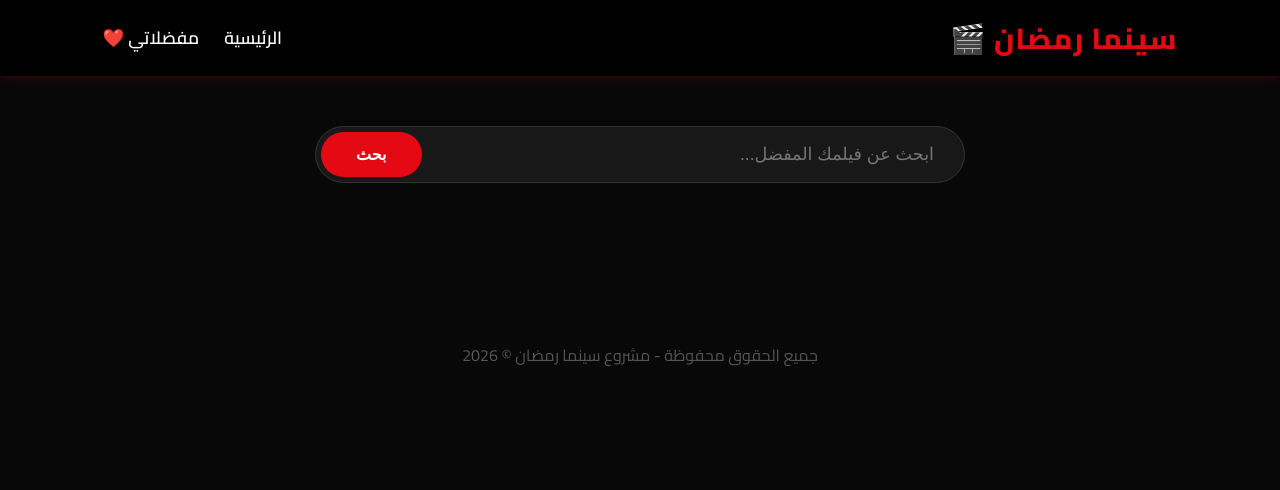
Repository: RAMADAN975/Arabic-Science-Hub
Page: /
An editor plug-in stored every save of this project. The page is shown before and after the next save, followed by the edit.
The browser window is 1280 px wide. The pictures show the whole page.
The project was rebuilt for these pictures with package versions that can differ from the ones it lists, and the page was loaded fresh each time. Also part of the build but not shown: vite.config.js, src/components/MovieCard.jsx, src/components/Pages/Watchlist.jsx, src/components/Pages/MovieDetails.jsx.

Above is the page before, as saved 2026-03-16 22:55:09.

### src/App.jsx
import React from "react";
import './App.css'
import { RouterProvider } from "react-router-dom";
import router from "../router";

// The main application component
export default function App() {
  return (
    // We return the RouterProvider which handles all the navigation
    <RouterProvider router={router} />
  )
}

### src/App.css
/* 1. إعدادات الخطوط والمتغيرات العامة */
@import url('https://fonts.googleapis.com/css2?family=Cairo:wght@400;600;800&display=swap');

:root {
  --primary: #e50914;
  /* أحمر نيتفليكس */
  --bg-black: #080808;
  /* خلفية سوداء عميقة */
  --bg-card: #181818;
  /* خلفية البطاقات */
  --text-white: #ffffff;
  --text-gray: #b3b3b3;
  --transition: 0.3s ease;
}

* {
  box-sizing: border-box;
}

body {
  margin: 0;
  padding: 0;
  background-color: var(--bg-black);
  color: var(--text-white);
  font-family: 'Cairo', sans-serif;
  direction: rtl;
  /* اتجاه عربي */
  line-height: 1.6;
}

/* 2. تنسيق شريط التنقل (Navbar) */
.navbar {
  display: flex;
  justify-content: space-between;
  align-items: center;
  padding: 15px 8%;
  background-color: rgba(0, 0, 0, 0.95);
  position: sticky;
  top: 0;
  z-index: 1000;
  box-shadow: 0 2px 10px rgba(229, 9, 20, 0.2);
}

.nav-logo a {
  font-size: 1.8rem;
  font-weight: 800;
  color: var(--primary);
  text-decoration: none;
  letter-spacing: 1px;
}

.nav-links {
  display: flex;
  list-style: none;
  /* إزالة النقاط */
  gap: 25px;
  margin: 0;
  padding: 0;
}

.nav-links a {
  color: var(--text-white);
  text-decoration: none;
  font-weight: 600;
  font-size: 1.1rem;
  transition: var(--transition);
}

.nav-links a:hover {
  color: var(--primary);
}

/* 3. تنسيق شريط البحث (Search Bar) */
.search-bar {
  display: flex;
  justify-content: center;
  margin: 50px 0;
  padding: 0 20px;
}

.search-bar form {
  display: flex;
  width: 100%;
  max-width: 650px;
  background: var(--bg-card);
  border-radius: 50px;
  padding: 5px;
  border: 1px solid #333;
  transition: var(--transition);
}

.search-bar form:focus-within {
  border-color: var(--primary);
  box-shadow: 0 0 15px rgba(229, 9, 20, 0.3);
}

.search-bar input {
  flex: 1;
  background: transparent;
  border: none;
  color: white;
  padding: 12px 25px;
  font-size: 1.1rem;
  outline: none;
}

.search-bar button {
  background: var(--primary);
  color: white;
  border: none;
  padding: 10px 35px;
  border-radius: 40px;
  cursor: pointer;
  font-weight: bold;
  font-size: 1rem;
  transition: var(--transition);
}

.search-bar button:hover {
  background: #ff0f1a;
  transform: scale(1.05);
}

/* 4. تنسيق شبكة الأفلام (Movies Grid) */
.movies-grid {
  display: grid;
  grid-template-columns: repeat(auto-fill, minmax(220px, 1fr));
  gap: 35px;
  padding: 20px 8%;
  margin-bottom: 50px;
}

/* 5. تنسيق بطاقة الفيلم (Movie Card) */
.movie-card {
  background: var(--bg-card);
  border-radius: 12px;
  overflow: hidden;
  text-decoration: none;
  color: white;
  transition: var(--transition);
  position: relative;
  border: 1px solid #222;
}

.movie-card:hover {
  transform: translateY(-10px);
  border-color: var(--primary);
}

.movie-card img {
  width: 100%;
  height: 320px;
  object-fit: cover;
}

.movie-info {
  padding: 15px;
  text-align: center;
}

.movie-info h3 {
  margin: 0;
  font-size: 1rem;
  white-space: nowrap;
  overflow: hidden;
  text-overflow: ellipsis;
}

.movie-info p {
  color: var(--primary);
  margin: 5px 0 0;
  font-weight: bold;
}

/* زر القلب (Favorite Button) */
.fav-btn {
  position: absolute;
  top: 10px;
  right: 10px;
  background: rgba(0, 0, 0, 0.6);
  border: none;
  color: white;
  width: 40px;
  height: 40px;
  border-radius: 50%;
  cursor: pointer;
  font-size: 1.2rem;
  display: flex;
  align-items: center;
  justify-content: center;
  transition: var(--transition);
  z-index: 10;
}

.fav-btn:hover {
  background: var(--primary);
  transform: scale(1.1);
}

/* 6. تنسيق صفحة التفاصيل (Movie Details) */
.movie-details {
  display: flex;
  flex-wrap: wrap;
  gap: 40px;
  padding: 40px 8%;
  animation: fadeIn 0.8s ease;
}

.movie-details img {
  width: 300px;
  border-radius: 15px;
  box-shadow: 0 0 20px rgba(0, 0, 0, 0.5);
}

.details-info {
  flex: 1;
  min-width: 300px;
}

.details-info h1 {
  font-size: 2.5rem;
  color: var(--primary);
  margin-top: 0;
}

/* 7. تنسيق التذييل (Footer) */
.footer {
  background-color: #000;
  padding: 40px 20px;
  text-align: center;
  border-top: 2px solid #1a1a1a;
  color: var(--text-gray);
  margin-top: auto;
}

.footer p {
  margin: 5px 0;
}

/* 8. التحميل (Loader) والتنبيهات */
.loader {
  text-align: center;
  font-size: 1.5rem;
  margin: 50px;
  color: var(--primary);
}

/* 9. الأنيميشن */
@keyframes fadeIn {
  from {
    opacity: 0;
    transform: translateY(20px);
  }

  to {
    opacity: 1;
    transform: translateY(0);
  }
}

/* 10. التوافق مع الشاشات الصغيرة (Responsive) */
@media (max-width: 768px) {
  .navbar {
    padding: 15px 5%;
  }

  .movie-details {
    flex-direction: column;
    align-items: center;
    text-align: center;
  }

  .details-info h1 {
    font-size: 1.8rem;
  }
}

### router.jsx
import { createBrowserRouter } from "react-router-dom";
import Home from "./src/components/Pages/Home";
import Layout from "./src/components/Layout";
import Watchlist from "./src/components/Pages/Watchlist";
import MovieDetails from "./src/components/Pages/MovieDetails";

const router = createBrowserRouter([
    {
        path: "/",
        element: <Layout />,
        children: [
            {
                path: "/",
                element: <Home />,
            },
            {
                path: "/movie/:id",
                element: <MovieDetails />,
            },
            {
                path: "/Watchlist",
                element: <Watchlist />,
            },
        ]
    }
])

export default router

### src/components/Pages/Home.jsx
import { useState } from "react";
import Search from "../Search";
import MovieCard from "../MovieCard";

export default function Home() {
    const [books, setBooks] = useState([]);
    const [loading, setLoading] = useState(false);

    const searchBooks = async (query) => {
        setLoading(true);
        // البحث عن الكتب العلمية فقط بإضافة subject:science
        const response = await fetch(`https://www.googleapis.com/books/v1/volumes?q=${query}+subject:science&maxResults=20`);
        const data = await response.json();

        if (data.items) {
            // تنظيف البيانات لتناسب تصميمنا
            const formattedBooks = data.items.map(item => ({
                imdbID: item.id,
                Title: item.volumeInfo.title,
                Year: item.volumeInfo.publishedDate,
                Poster: item.volumeInfo.imageLinks?.thumbnail || 'https://via.placeholder.com/150',
                Authors: item.volumeInfo.authors?.join(', ') || 'مؤلف غير معروف'
            }));
            setBooks(formattedBooks);
        }
        setLoading(false);
    };

    return (
        <div className="home-page">
            <Search onSearch={searchBooks} />
            {loading ? (
                <div className="loader">جاري تصفح المكتبة...</div>
            ) : (
                <div className="movies-grid">
                    {books.map((book) => (
                        <MovieCard
                            key={book.imdbID}
                            movie={book}
                            isFavorite={false} // سنفعلها لاحقاً
                        />
                    ))}
                </div>
            )}
        </div>
    );
}

### src/components/Layout.jsx
import Navbar from "./Navbar";
import { Outlet } from "react-router-dom";

export default function Layout() {
    return (
        <div className="app-container">
            <Navbar />

            <main>
                <Outlet />
            </main>

            <footer style={{
                textAlign: "center",
                padding: "20px",
                color: "#555",
            }}>
                جميع الحقوق محفوظة - مشروع سينما رمضان © 2026
            </footer>
        </div>
    )
}

### src/components/Search.jsx
import { useState } from "react";

// This component handles the search input from the user
export default function Search({ onSearch }) {

    // Local state to store the text being typed by the user
    const [term, setTerm] = useState('');

    // Function to handle form submission
    const handleSubmit = (e) => {
        e.preventDefault(); // Prevent page reload
        if (term.trim()) {
            onSearch(term); // Send the search term to the parent component (Home)
        }
    };
    return (
        <section className="search-bar">
            <form onSubmit={handleSubmit} className="search-form">
                <input
                    type="text"
                    placeholder="ابحث عن فيلمك المفضل..."
                    value={term}
                    // Update local state as the user types
                    onChange={(e) => setTerm(e.target.value)}
                />
                <button type="submit">بحث</button>
            </form>
        </section>
    )
}

### src/components/Navbar.jsx
import { Link } from "react-router-dom";

export default function Navbar() {
    return (
        // Main navigation container
        <nav className="navbar">

            {/* Website Logo - Clicking it returns user to Home */}
            <div className="nav-logo">
                <Link to="/">سينما رمضان 🎬</Link>
            </div>

            {/* Navigation Links List */}
            <ul className="nav-links">

                {/* Link to Home Page */}
                <li>
                    <Link to="/">الرئيسية</Link>
                </li>

                {/* Link to My Watchlist Page */}
                <li>
                    <Link to="/watchlist">مفضلاتي ❤️</Link>
                </li>

            </ul>
        </nav>
    )
}

Loaded but not shown: src/main.jsx (common file)

After the next save:
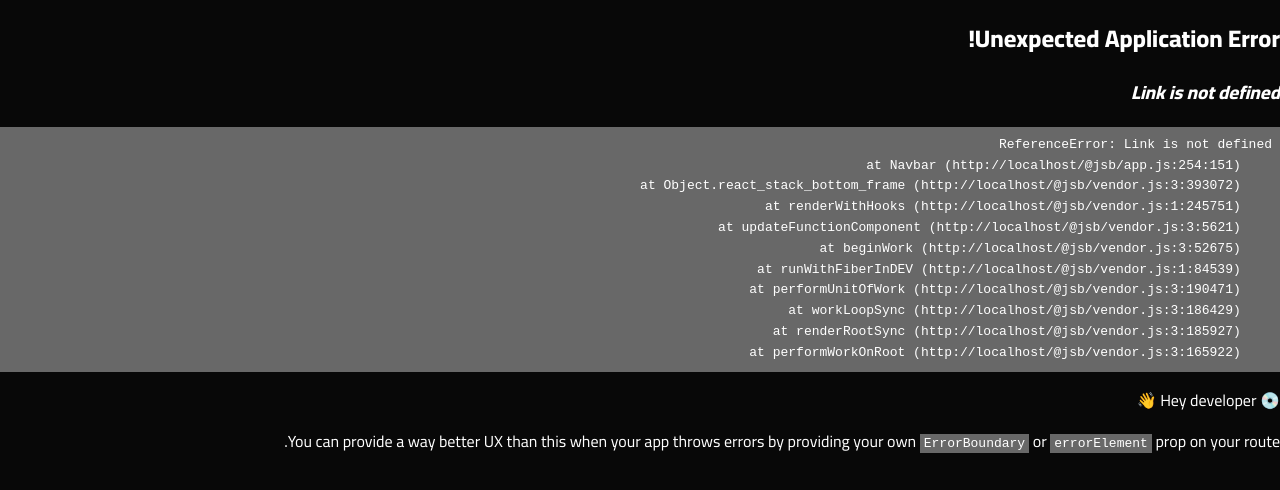
Saved 27 s later.
--- a/src/components/Navbar.jsx
+++ b/src/components/Navbar.jsx
@@ -1,29 +1,13 @@
-import { Link } from "react-router-dom";
-
 export default function Navbar() {
     return (
-        // Main navigation container
         <nav className="navbar">
-
-            {/* Website Logo - Clicking it returns user to Home */}
             <div className="nav-logo">
-                <Link to="/">سينما رمضان 🎬</Link>
+                <Link to="/">مكتبة رمضان العلمية 📚</Link>
             </div>
-
-            {/* Navigation Links List */}
             <ul className="nav-links">
-
-                {/* Link to Home Page */}
-                <li>
-                    <Link to="/">الرئيسية</Link>
-                </li>
-
-                {/* Link to My Watchlist Page */}
-                <li>
-                    <Link to="/watchlist">مفضلاتي ❤️</Link>
-                </li>
-
+                <li><Link to="/">الرئيسية</Link></li>
+                <li><Link to="/watchlist">كتبي المفضلة 🔖</Link></li>
             </ul>
         </nav>
-    )
+    );
 }
